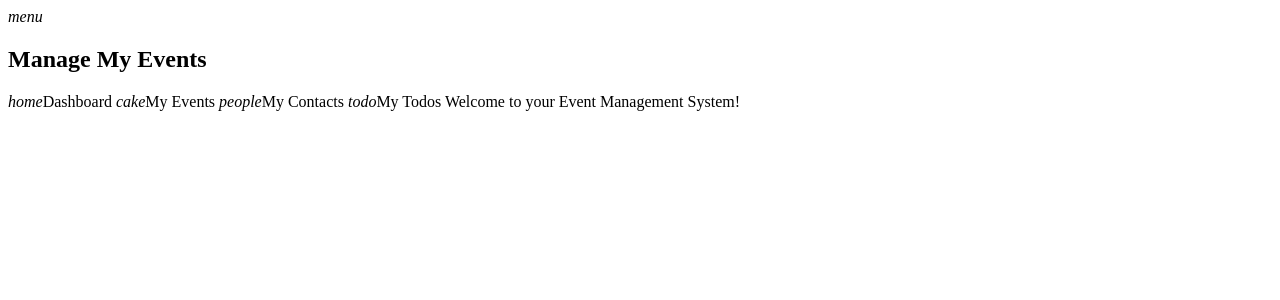
Repository: ktnrn/manage-my-events
Page: app/src/dashboard/dashboard.html
These files come from the project's save history. The page is drawn as it stood at one moment and after the next save; the edit follows.
The browser window is 1280 px wide. The pictures show the whole page.

Above is the page before, as saved 2017-10-01 17:16:26.

### app/src/dashboard/dashboard.html
<md-toolbar layout="row">
    <div class="md-toolbar-tools">
        <md-button class="md-icon-button" aria-label="Settings" ng-disabled="false">
                <i class="material-icons">menu</i>
        </md-button>
        <h2 md-truncate>Manage My Events</h2>
    </div>
</md-toolbar>
<div layout="row">
        <md-sidenav>
            <md-list>
                    <md-list-item>
                            <i class="material-icons">home</i>Dashboard
                    </md-list-item>
                    <md-list-item>
                            <i class="material-icons">cake</i>My Events
                    </md-list-item>
                    <md-list-item>
                            <i class="material-icons">people</i>My Contacts
                    </md-list-item>
                    <md-list-item>
                            <i class="material-icons">todo</i>My Todos
                    </md-list-item>
            </md-list>
        </md-sidenav>
        <md-content id="content">
            Welcome to your Event Management System!
        </md-content>
</div>

After the next save:
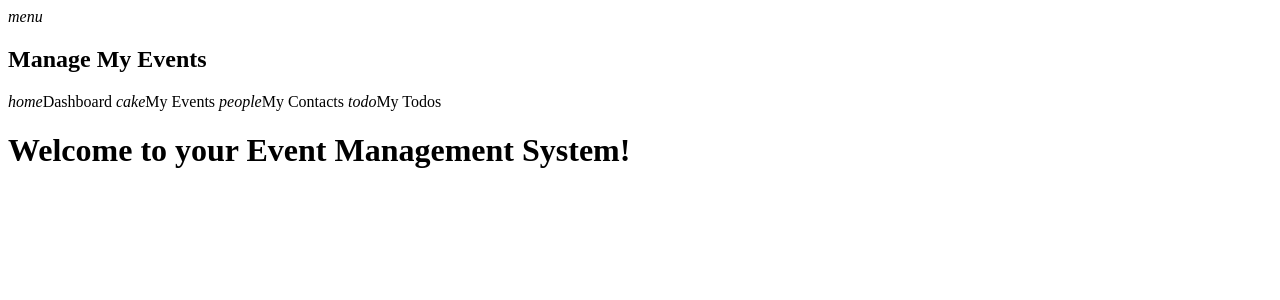
Saved 51 s later.
--- a/app/src/dashboard/dashboard.html
+++ b/app/src/dashboard/dashboard.html
@@ -24,6 +24,7 @@
             </md-list>
         </md-sidenav>
         <md-content id="content">
-            Welcome to your Event Management System!
+            <div layout="row">
+                <h1>Welcome to your Event Management System!</h1></div>
         </md-content>
 </div>
